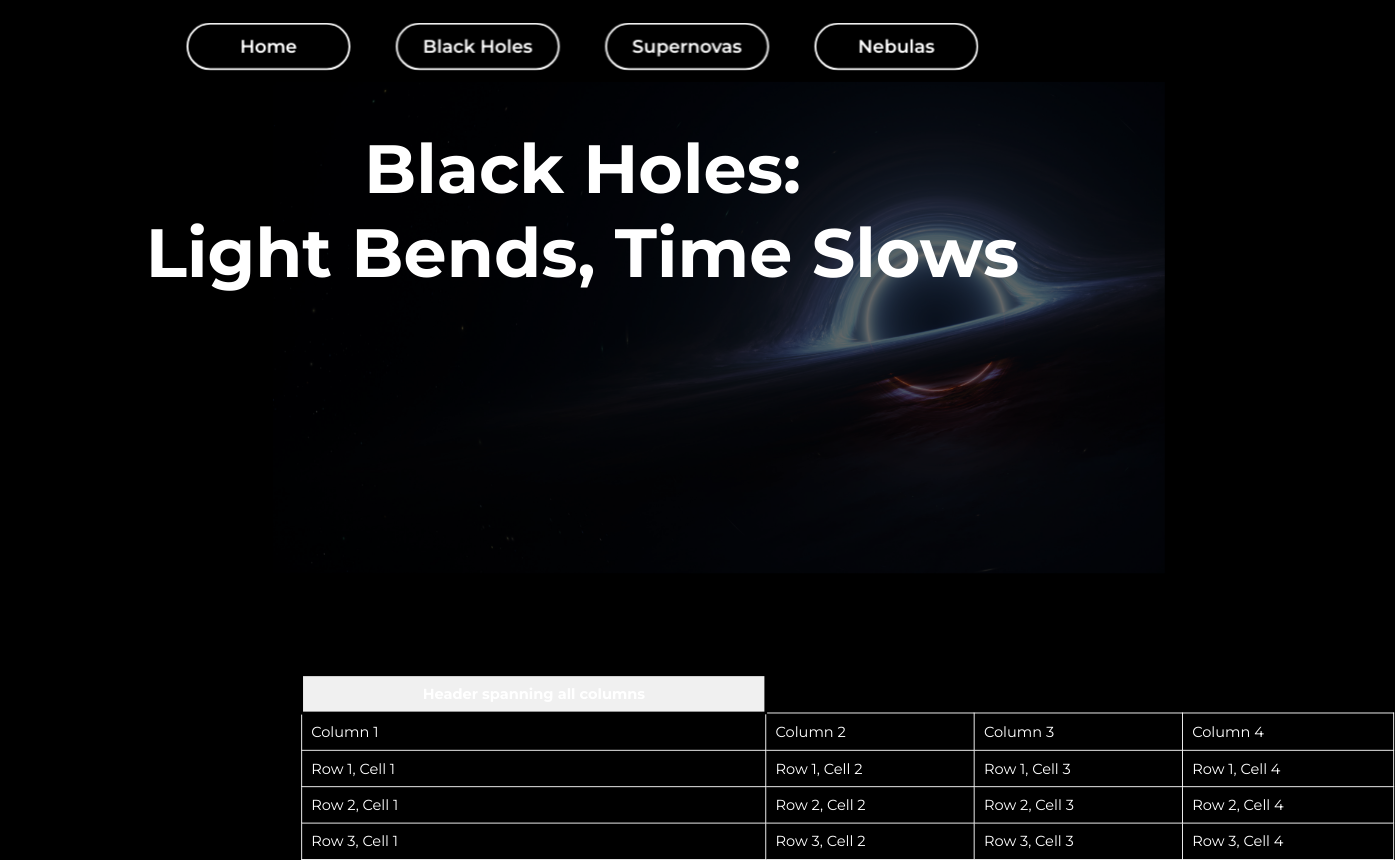
Repository: english-only/Space-Website
Page: black_hole.html
An editor plug-in stored every save of this project. The page is shown before and after the next save, followed by the edit.
The browser window is 1280 px wide. The page is 1532 px wide, then 1533 px, so the pictures cover 1533 px, including what lies to the right of the window. The pictures show the whole page, at 91% of full size.
Backgrounds fixed to the window are drawn as part of the page.

Above is the page before, as saved 2024-12-16 09:56:57.

After the next save:
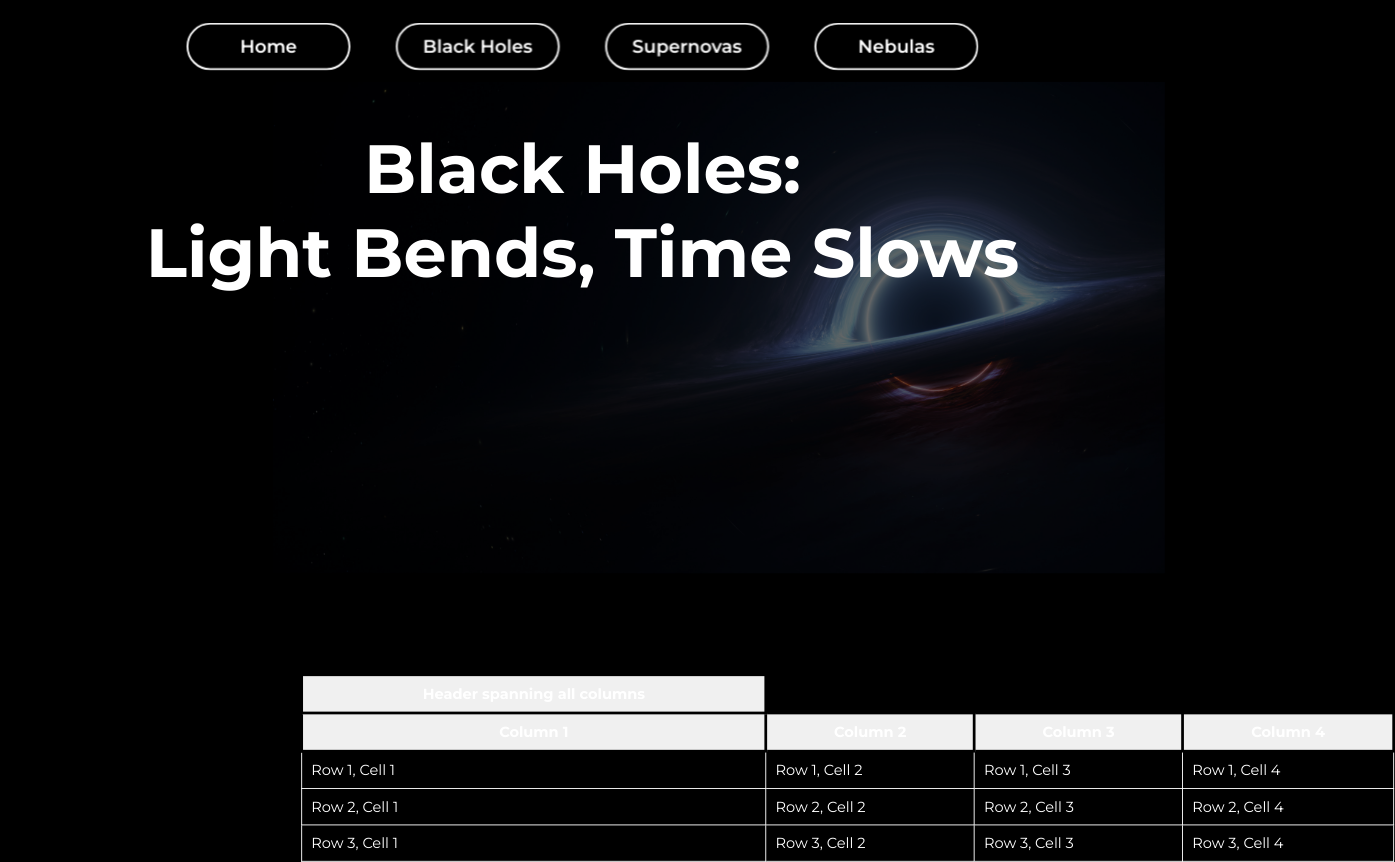
Saved 11 s later.
--- a/black_hole.html
+++ b/black_hole.html
@@ -33,10 +33,10 @@
         <div class="header-cell">Header spanning all columns</div>
       </div>
       <div class="row">
-          <div class="cell header">Column 1</div>
-          <div class="cell header">Column 2</div>
-          <div class="cell header">Column 3</div>
-          <div class="cell header">Column 4</div>
+        <div class="header-cell">Column 1</div>
+        <div class="header-cell">Column 2</div>
+        <div class="header-cell">Column 3</div>
+        <div class="header-cell">Column 4</div>
       </div>
       <div class="row">
         <div class="cell">Row 1, Cell 1</div>
